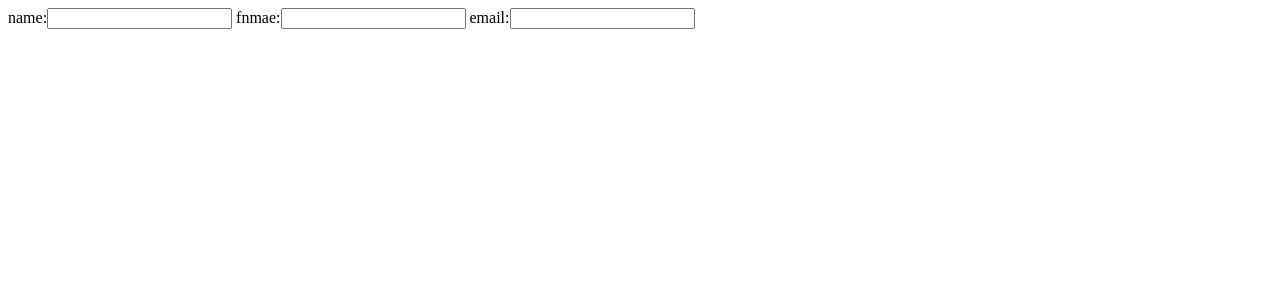
Repository: Ganesh9986320435/AllProjectsFromYestYantra
Page: http://localhost/studentjsp/signin.jsp
The author's editor kept a copy of each file at every save. The page is drawn from the files as they stood at one save, then again after a run of saves.
The browser window is 1280 px wide. The pictures show the whole page.
The page is served by Tomcat 9. Other server files are loaded and not shown.

Above is the page before, as saved 2023-01-30 11:12:40.

### studentjsp/src/main/webapp/signin.jsp
<%@ page language="java" contentType="text/html; charset=UTF-8"
    pageEncoding="UTF-8"%>
<!DOCTYPE html>
<html>
<head>
<meta charset="UTF-8">
<title>Insert title here</title>
</head>
<body>
<form action="signin" method="post">

name:<input type="text" name="name">
fnmae:<input type="text" name="fname">
email:<input type="text" >









</form>
</body>
</html>

After the next 2 saves:
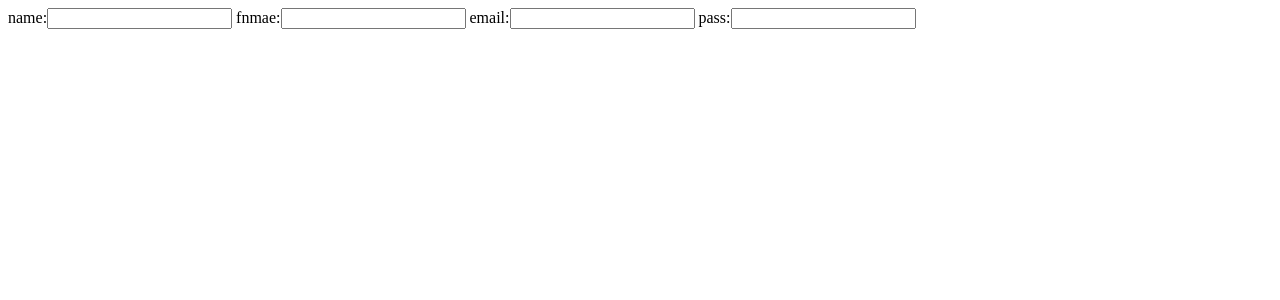
The 2 saves are shown as one change because they came seconds apart.
The last was saved 21 s later.
--- a/studentjsp/src/main/webapp/signin.jsp
+++ b/studentjsp/src/main/webapp/signin.jsp
@@ -11,7 +11,8 @@
 
 name:<input type="text" name="name">
 fnmae:<input type="text" name="fname">
-email:<input type="text" >
+email:<input type="text" name="email">
+pass:<input type="text">
 
 
 
